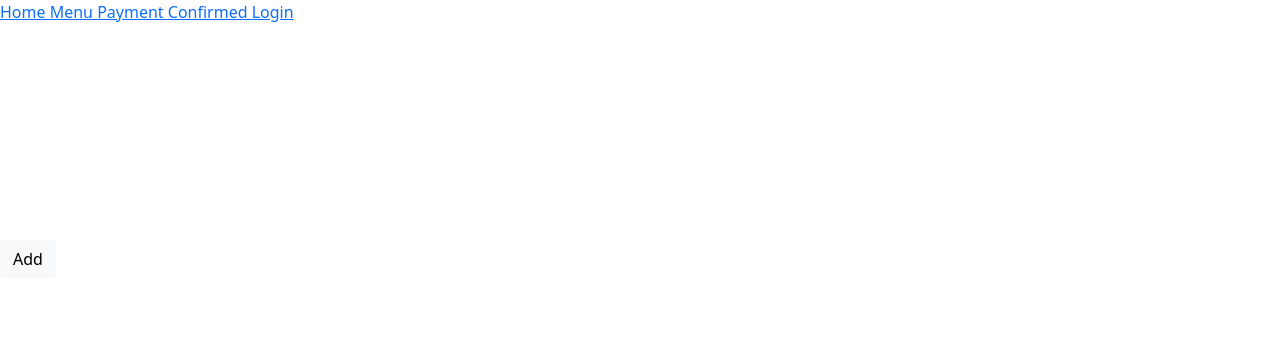
Repository: JoshuaN18/restaurantPOS
Page: /menu (app in Frontend/)
These files come from the project's save history. The page is drawn as it stood at one moment and after the next save; the edit follows.
The browser window is 1280 px wide. The pictures show the whole page.
The project was rebuilt for these pictures with package versions that can differ from the ones it lists, and the page was loaded fresh each time. Also part of the build but not shown: Frontend/src/pages/Homepage.css, Frontend/src/pages/Homepage.js, Frontend/src/pages/Payment.js, Frontend/src/pages/Confirmation.js, Frontend/src/pages/Login.js.

Above is the page before, as saved 2022-07-30 16:43:11.

### Frontend/public/index.html
<!DOCTYPE html>
<html lang="en">
  <head>
    <meta charset="utf-8" />
    <link rel="icon" href="%PUBLIC_URL%/favicon.ico" />
    <meta name="viewport" content="width=device-width, initial-scale=1" />
    <meta name="theme-color" content="#000000" />
    <meta
      name="description"
      content="Web site created using create-react-app"
    />
    <link rel="apple-touch-icon" href="%PUBLIC_URL%/logo192.png" />
    <!--
      manifest.json provides metadata used when your web app is installed on a
      user's mobile device or desktop. See https://developers.google.com/web/fundamentals/web-app-manifest/
    -->
    <link rel="manifest" href="%PUBLIC_URL%/manifest.json" />
    <!--
      Notice the use of %PUBLIC_URL% in the tags above.
      It will be replaced with the URL of the `public` folder during the build.
      Only files inside the `public` folder can be referenced from the HTML.

      Unlike "/favicon.ico" or "favicon.ico", "%PUBLIC_URL%/favicon.ico" will
      work correctly both with client-side routing and a non-root public URL.
      Learn how to configure a non-root public URL by running `npm run build`.
    -->
    <title>React App</title>
  </head>
  <body>
    <noscript>You need to enable JavaScript to run this app.</noscript>
    <div id="root"></div>
    <link href="https://cdn.jsdelivr.net/npm/bootstrap@5.1.3/dist/css/bootstrap.min.css" rel="stylesheet" integrity="sha384-1BmE4kWBq78iYhFldvKuhfTAU6auU8tT94WrHftjDbrCEXSU1oBoqyl2QvZ6jIW3" crossorigin="anonymous">
    <script src="https://cdn.jsdelivr.net/npm/bootstrap@5.1.3/dist/js/bootstrap.bundle.min.js" integrity="sha384-ka7Sk0Gln4gmtz2MlQnikT1wXgYsOg+OMhuP+IlRH9sENBO0LRn5q+8nbTov4+1p" crossorigin="anonymous"></script>
    <!--
      This HTML file is a template.
      If you open it directly in the browser, you will see an empty page.

      You can add webfonts, meta tags, or analytics to this file.
      The build step will place the bundled scripts into the <body> tag.

      To begin the development, run `npm start` or `yarn start`.
      To create a production bundle, use `npm run build` or `yarn build`.
    -->
  </body>
</html>

### Frontend/src/App.js
import './App.css';
import {BrowserRouter as Router, Routes, Route, Link} from 'react-router-dom';
import Homepage from './pages/Homepage';
import Menu from './pages/Menu';
import Payment from './pages/Payment';
import Confirmation from './pages/Confirmation';
import Login from './pages/Login';

function App() {
  return (
   //nav class is temporary. needed for testing purposes.
   <body className='text-white'>
   <Router>
    <nav>
      <Link to="/">Home </Link>
      <Link to="/menu">Menu </Link>
      <Link to="/payment">Payment </Link>
      <Link to="/confirmed">Confirmed </Link>
      <Link to="/login">Login </Link>
    </nav>
    <Routes>
      <Route path="/"element={<Homepage/>}/>
      <Route path="/menu"element={<Menu/>}/>
      <Route path="/payment"element={<Payment/>}/>
      <Route path="/confirmed"element={<Confirmation/>}/>
      <Route path="/login"element={<Login/>}/>
    </Routes>

   </Router>
  </body>
  );
}

export default App;

### Frontend/src/App.css
body {
  margin:0;
  padding:0;
}

### Frontend/src/pages/Menu.js
import React from 'react'
import {Button} from 'react-bootstrap';
//import restuarantInfo from '../components/restaurantInfo.js'
const Menu = () => {
  return (
    <div>

        <h1 className='text-center'>Menu</h1>
        <div>Breakfast </div>
        <h2>Burger</h2>
        <h3>A classic cheeseburger. <span> $5.99 </span> </h3>
        <div>Lunch </div>
        <div>Dinner </div>
        <Button variant="light">Add</Button>
        <hr
        style={{
          background: 'light',
          color: 'light',
          borderColor: 'light',
          height: '5px',
        }}
      />

    </div>

    // <!-- different sections for differernt types of food -->

    // <!-- each item will need a name, image (if possible), description and price and quantity and be able to be selected -->

   //  <!-- add button would be the price, with a quantity selector next to it -->

  )
}

export default Menu

Loaded but not shown: Frontend/src/index.js (common file); Frontend/src/index.css (common file)

After the next save:
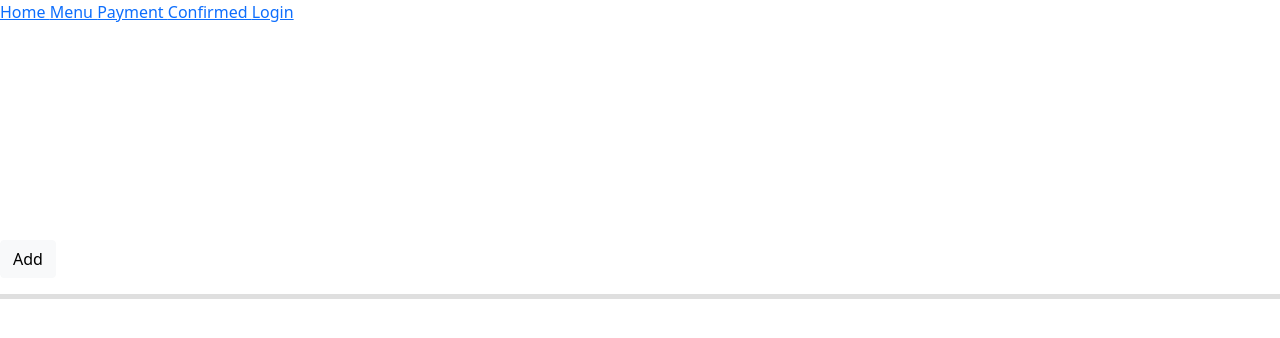
Saved 21 s later.
--- a/Frontend/src/pages/Menu.js
+++ b/Frontend/src/pages/Menu.js
@@ -14,9 +14,9 @@
         <Button variant="light">Add</Button>
         <hr
         style={{
-          background: 'light',
-          color: 'light',
-          borderColor: 'light',
+          background: 'grey',
+          color: 'grey',
+          borderColor: 'grey',
           height: '5px',
         }}
       />

After the save that followed:
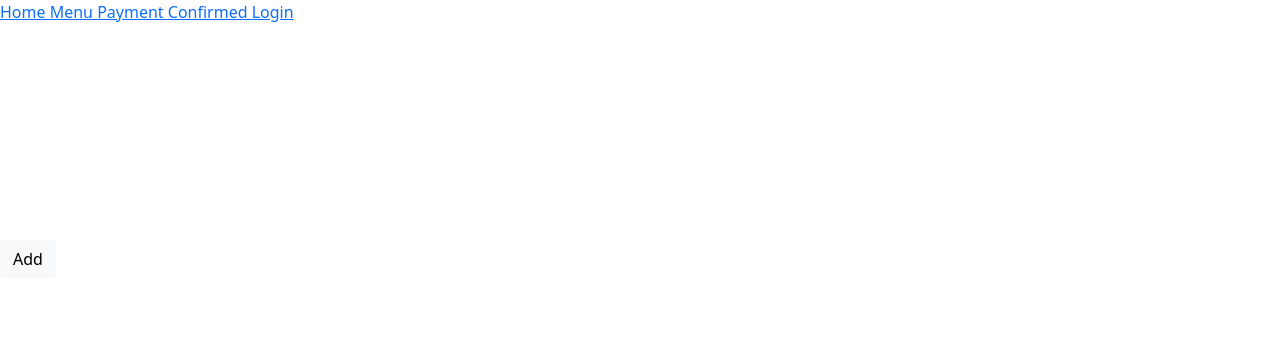
Saved 44 s later.
--- a/Frontend/src/pages/Menu.js
+++ b/Frontend/src/pages/Menu.js
@@ -14,8 +14,8 @@
         <Button variant="light">Add</Button>
         <hr
         style={{
-          background: 'grey',
-          color: 'grey',
+          background: 'light',
+          color: 'light',
           borderColor: 'grey',
           height: '5px',
         }}
